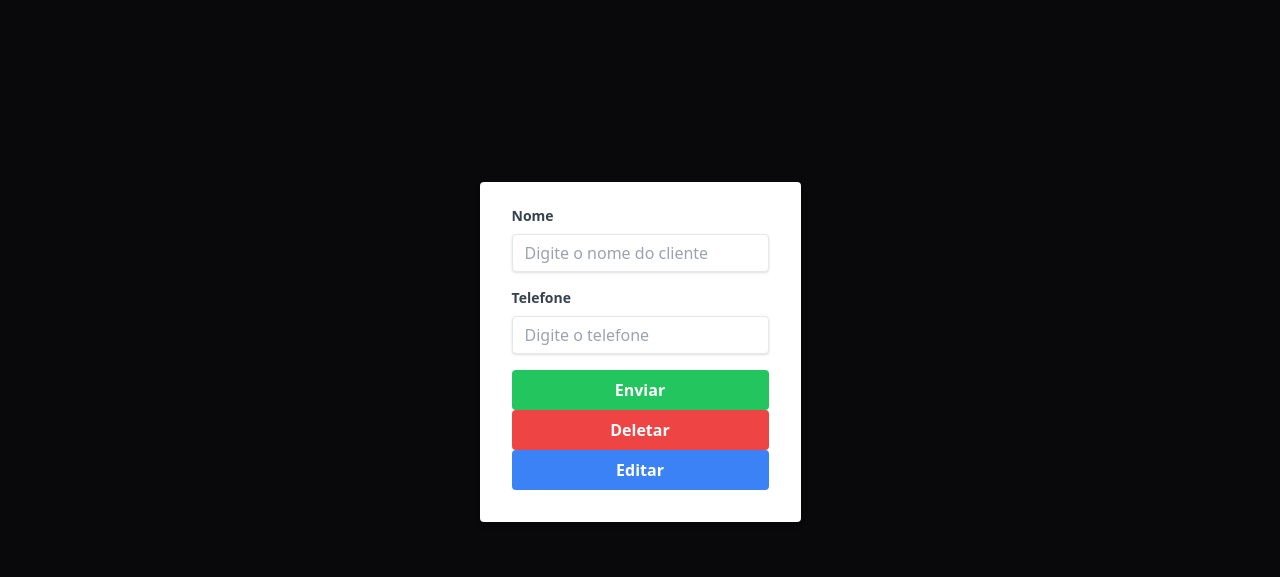
Repository: Gstxxx/sales-manager-laravel
Page: http://localhost/
The author's editor kept a copy of each file at every save. The page is drawn from the files as they stood at one save, then again after the next save.
The browser window is 1280 px wide. The pictures show the whole page.
The page is served by the project's Laravel application, run on PHP 8.4 with Laravel 12. Other server files are loaded and not shown. Style sheets and scripts are compiled from the project's sources, by tool versions that may differ from the author's.

Above is the page before, as saved 2024-06-09 03:17:25.

### routes/web.php
<?php

use Illuminate\Support\Facades\Route;
use App\Http\Controllers\ClientController;

Route::get('/', function () {
    return view('home');
})->name('home');

Route::post('/addClient', [ClientController::class, 'addClient'])->name('addClient');
Route::post('/addClient', [ClientController::class, 'addClient'])->name('addClient');

### resources/views/home.blade.php
<!doctype html>
<html>

<head>
    <meta charset="UTF-8">
    <meta name="viewport" content="width=device-width, initial-scale=1.0">
    <title>Sales Manager</title>
    @vite('resources/css/app.css')
</head>

<body>
    <div class="bg-zinc-950 flex flex-col items-center justify-center min-h-screen">
        <form action="{{ route('addClient') }}" method="POST" class="bg-white shadow-md rounded px-8 pt-6 pb-8 mb-4">
            @csrf
            <div class="mb-4">
                <div class="mb-4">
                    <label class="block text-gray-700 text-sm font-bold mb-2" for="number-client">
                        Nome
                    </label>
                    <input
                        class="shadow appearance-none border rounded w-full py-2 px-3 text-gray-700 leading-tight focus:outline-none focus:shadow-outline"
                        type="text" name="name-client" id="name-client" placeholder="Digite o nome do cliente">
                </div>
                <div class="mb-4">
                    <label class="block text-gray-700 text-sm font-bold mb-2" for="number-client">
                        Telefone
                    </label>
                    <input
                        class="shadow appearance-none border rounded w-full py-2 px-3 text-gray-700 leading-tight focus:outline-none focus:shadow-outline"
                        id="number-client" name="number-client" type="text" placeholder="Digite o telefone">
                </div>
            </div>

            <div class="flex flex-col items-center justify-between">
                <button
                    class="bg-green-500 hover:bg-green-700 text-white font-bold w-full py-2 px-4 rounded focus:outline-none focus:shadow-outline"
                    type="submit">
                    Enviar
                </button>
                <button
                    class="bg-red-500 hover:bg-red-700 text-white font-bold w-full py-2 px-4 rounded focus:outline-none focus:shadow-outline"
                    type="submit" formaction="/removeClient">
                    Deletar
                </button>
                <button
                    class="bg-blue-500 hover:bg-blue-700 text-white font-bold w-full py-2 px-4 rounded focus:outline-none focus:shadow-outline"
                    type="submit" formaction="/editClient">
                    Editar
                </button>
            </div>
        </form>
    </div>
</body>

</html>

Loaded but not shown: resources/css/app.css (common file); tailwind.config.js (common file)

After the next save:
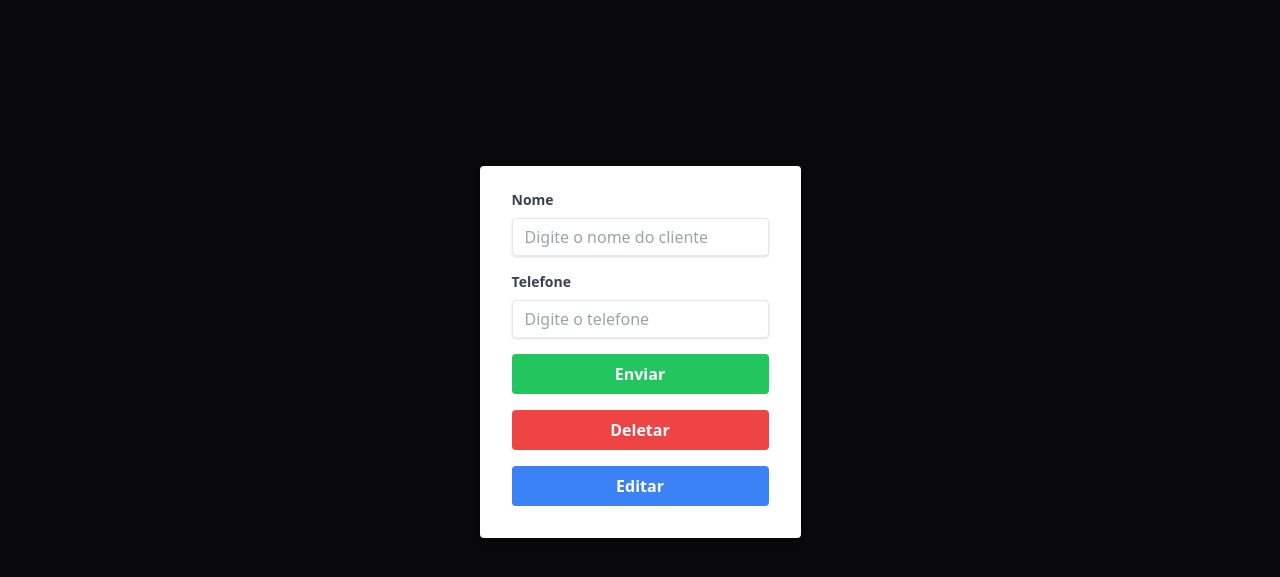
Saved 9 s later.
--- a/resources/views/home.blade.php
+++ b/resources/views/home.blade.php
@@ -31,7 +31,7 @@
                 </div>
             </div>
 
-            <div class="flex flex-col items-center justify-between">
+            <div class="flex flex-col items-center justify-between gap-4">
                 <button
                     class="bg-green-500 hover:bg-green-700 text-white font-bold w-full py-2 px-4 rounded focus:outline-none focus:shadow-outline"
                     type="submit">
